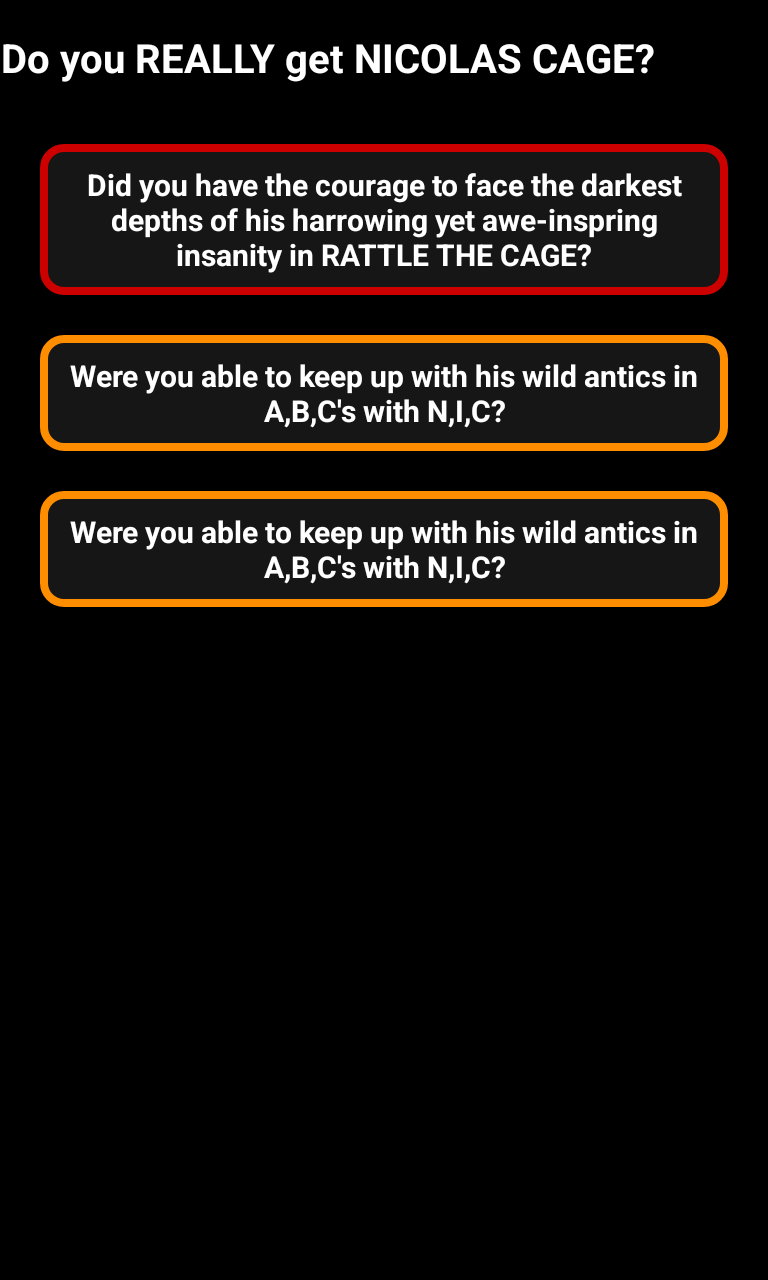
Repository: kylenicola/NicCageMobileApp
Layout: NicolasCageApp/res/layout/activity_score_menu.xml
These files come from the project's save history. The layout is drawn as it stood at one moment and after the next save; the edit follows.
It is drawn on a 768 x 1280 px phone screen (xhdpi) without system bars, with theme AppTheme; the app's code is not run.

Above is the layout before, as saved 2014-12-04 02:49:46.

### NicolasCageApp/res/layout/activity_score_menu.xml
<?xml version="1.0" encoding="utf-8"?>

<LinearLayout xmlns:android="http://schemas.android.com/apk/res/android"
	android:layout_width="match_parent"
	android:layout_height="match_parent"
	android:background="@android:color/background_dark"
	android:orientation="vertical" >

	 <TextView
	     android:id="@+id/scoreMenuTitle"
	     android:layout_width="wrap_content"
	     android:layout_height="wrap_content"
	     android:gravity="center"
	     android:layout_marginTop="15dp"
	     android:text="@string/score_menu_title"
	     android:textSize="20sp"
	     android:textStyle="bold"
	     android:textColor="@android:color/white" />

	 <Button
		android:id="@+id/button_scoreRattleTheCage"
	    android:layout_width="wrap_content"
	    android:layout_height="wrap_content"
	    android:layout_gravity="center"
	    android:layout_marginTop="30dp"
	    android:layout_marginLeft="20dp"
	    android:layout_marginRight="20dp"
	    android:background="@drawable/score_menu_rattlecage_button_style"
	    android:text="@string/rattle_the_cage_score_description"
	    android:textColor="@android:color/white"
	    android:textStyle="bold"
	    android:textSize="15sp"
	    android:OnClick="onClickRattleTheCageScore" />

	 <Button
		android:id="@+id/button_scoreABCs"
	    android:layout_width="wrap_content"
	    android:layout_height="wrap_content"
	    android:layout_gravity="center"
	    android:layout_marginTop="20dp"
	    android:layout_marginLeft="20dp"
	    android:layout_marginRight="20dp"
	    android:background="@drawable/score_menu_abcs_button_style"
	    android:text="@string/abcs_score_description"
	    android:textColor="@android:color/white"
	    android:textStyle="bold"
	    android:textSize="15sp"
	    android:OnClick="onClickABCsScore" />


	 <Button
		android:id="@+id/button_scoreCageClues"
	    android:layout_width="wrap_content"
	    android:layout_height="wrap_content"
	    android:layout_gravity="center"
	    android:layout_marginTop="20dp"
	    android:layout_marginLeft="20dp"
	    android:layout_marginRight="20dp"
	    android:background="@drawable/score_menu_abcs_button_style"
	    android:text="@string/abcs_score_description"
	    android:textColor="@android:color/white"
	    android:textStyle="bold"
	    android:textSize="15sp"
	    android:OnClick="onClickABCsScore" />

</LinearLayout>

### NicolasCageApp/res/values/strings.xml
<?xml version="1.0" encoding="utf-8"?>
<resources>

    <string name="app_name">NicolasCageApp</string>
    <string name="hello_world">Hello world!</string>
    <string name="action_settings">Settings</string>
    <string name="title_activity_abcs_with_nic">AbcsWithNic</string>
    <string name="takeQuiz">TAKE THE QUIZ</string>
    <string name="title_activity_settings">Settings</string>
    <string name="slow_down_ABCs">Slow down A, B, C game</string>
    <string name="noSlowDown">NICOLAS CAGE SLOWS DOWN FOR NO MAN</string>
    <string name="score_title">Scores</string>
    <string name="rattle_the_cage_title">Rattle The Cage</string>
    <string name="rattle_the_cage_label">Total Score: </string>
    <string name="title_activity_score_menu">ScoreMenu</string>
    <string name="score_menu_title">Do you REALLY get NICOLAS CAGE?</string>
    <string name="rattle_the_cage_score_description">Did you have the courage to face the darkest depths of his harrowing yet awe-inspring insanity in RATTLE THE CAGE?</string>
    <string name="title_activity_rattle_the_cage_score">RattleTheCageScore</string>
    <string name="abcs_score_description">Were you able to keep up with his wild antics in A,B,C's with N,I,C?</string>
    <string name="title_activity_abcs_score">ABCsScore</string>

</resources>

### NicolasCageApp/res/drawable/score_menu_rattlecage_button_style.xml
<?xml version="1.0" encoding="utf-8"?>
<shape
    xmlns:android="http://schemas.android.com/apk/res/android"
    android:shape="rectangle">

    <!-- view background color -->
    <solid
        android:color="#161616" >
    </solid>

    <!-- view border color and width -->
    <stroke
        android:width="4dp"
        android:color="#cd0000" >
    </stroke>

    <!-- If you want to add some padding -->
    <padding
        android:left="10dp"
        android:top="10dp"
        android:right="10dp"
        android:bottom="10dp"    >
    </padding>

    <!-- Here is the corner radius -->
    <corners
        android:radius="10dp"   >
    </corners>

</shape>

### NicolasCageApp/res/drawable/score_menu_abcs_button_style.xml
<?xml version="1.0" encoding="utf-8"?>
<shape
    xmlns:android="http://schemas.android.com/apk/res/android"
    android:shape="rectangle">

    <!-- view background color -->
    <solid
        android:color="#161616" >
    </solid>

    <!-- view border color and width -->
    <stroke
        android:width="4dp"
        android:color="#ff8d00" >
    </stroke>

    <!-- If you want to add some padding -->
    <padding
        android:left="10dp"
        android:top="10dp"
        android:right="10dp"
        android:bottom="10dp"    >
    </padding>

    <!-- Here is the corner radius -->
    <corners
        android:radius="10dp"   >
    </corners>

</shape>

Loaded but not shown: NicolasCageApp/res/values/styles.xml (common file); NicolasCageApp/res/values-v11/styles.xml (common file); NicolasCageApp/res/values-v14/styles.xml (common file)

After the next save:
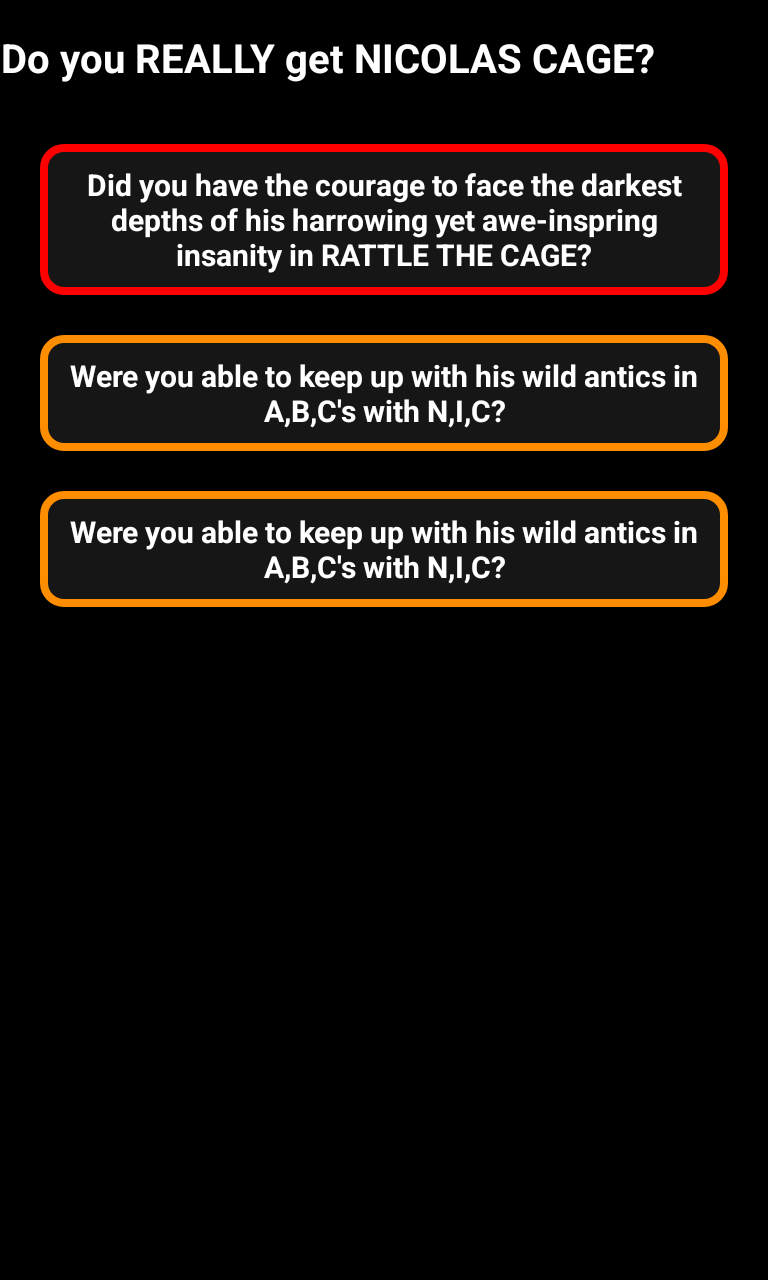
Saved 3 min 29 s later.
--- a/NicolasCageApp/res/drawable/score_menu_rattlecage_button_style.xml
+++ b/NicolasCageApp/res/drawable/score_menu_rattlecage_button_style.xml
@@ -11,7 +11,7 @@
     <!-- view border color and width -->
     <stroke
         android:width="4dp"
-        android:color="#cd0000" >
+        android:color="#fe0001" >
     </stroke>
 
     <!-- If you want to add some padding -->
